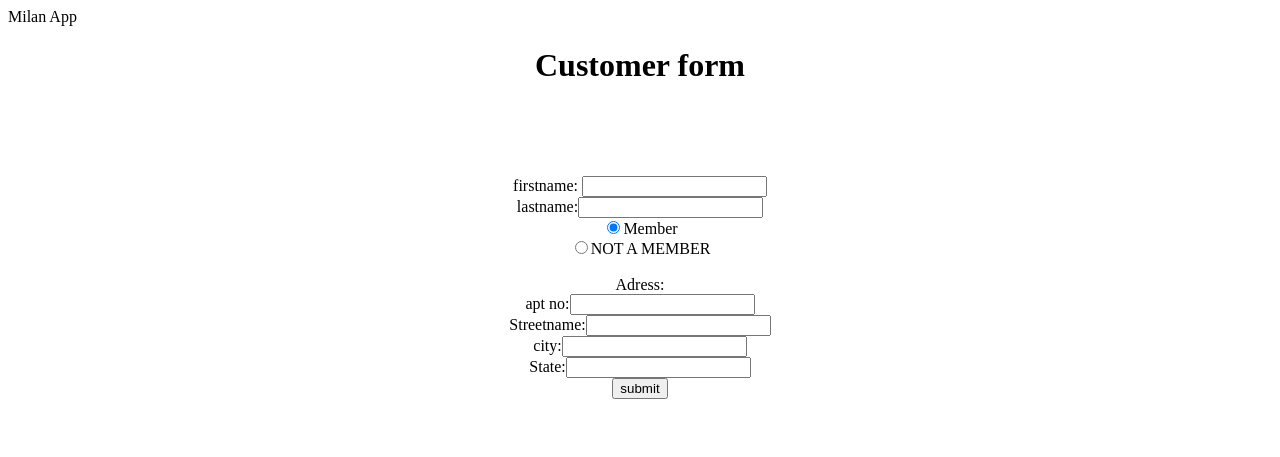
Repository: srinivaskommu/java-training
Page: milan-app/src/main/webapp/index.html
These files come from the project's save history. The page is drawn as it stood at one moment and after the next save; the edit follows.
The browser window is 1280 px wide. The pictures show the whole page.

Above is the page before, as saved 2015-07-25 04:19:33.

After the next save:
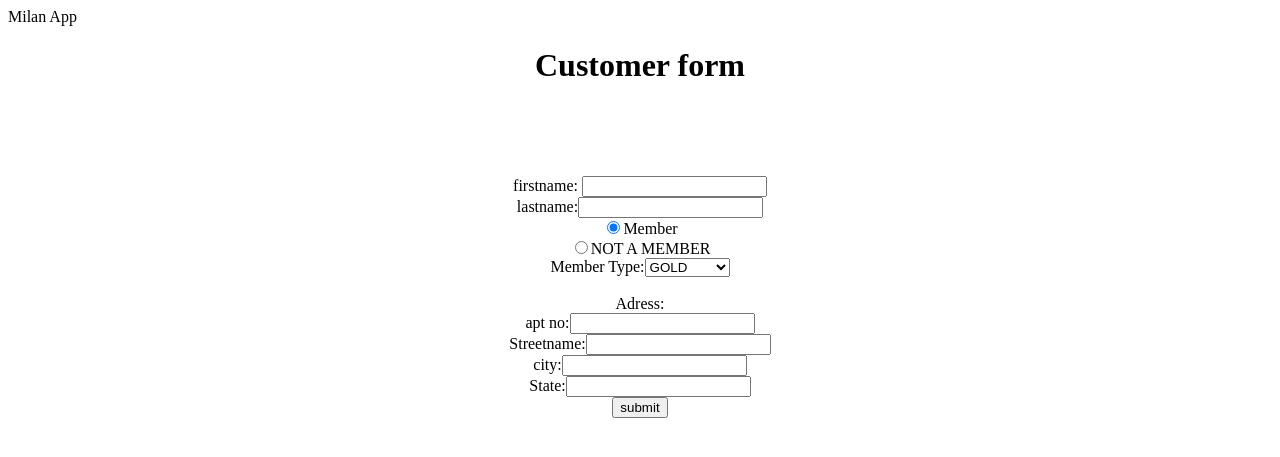
Saved 3 min 17 s later.
--- a/milan-app/src/main/webapp/index.html
+++ b/milan-app/src/main/webapp/index.html
@@ -21,6 +21,12 @@ Milan App
 
 			<input type="radio" name="isMember" value="Y" checked>Member<br>
 			<input type="radio" name="isMember" value="N">NOT A MEMBER<br>
+			Member Type:<select name="memberType">
+			<option value="volvo">GOLD</option>
+			<option value="saab">SIlVER</option>
+			<option value="fiat">PREMIUM</option>
+
+		</select><br>
 
 			<br> Adress:<br> apt no:<input type"text" name="aptno"><br>
 			Streetname:<input type "text" name="Streetname"><br>
